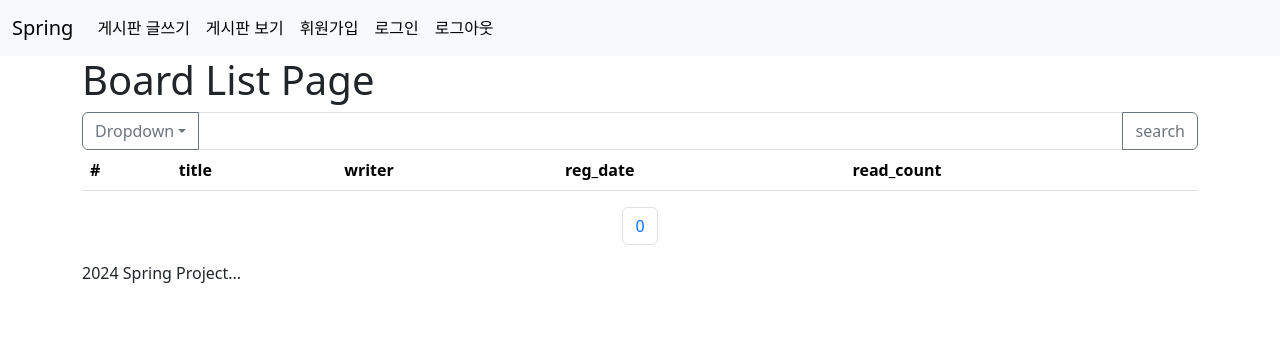
Repository: dlfhrrl12/springtest
Page: http://localhost/spring_study/WEB-INF/views/board/list.jsp
An editor plug-in stored every save of this project. The page is shown before and after the next save, followed by the edit.
The browser window is 1280 px wide. The pictures show the whole page.
The page is served by Tomcat 9. Nobody is signed in. The template is opened directly, without the code that normally fills it, so the values that code supplies are empty.

Above is the page before, as saved 2024-04-25 02:09:24.

After the next save:
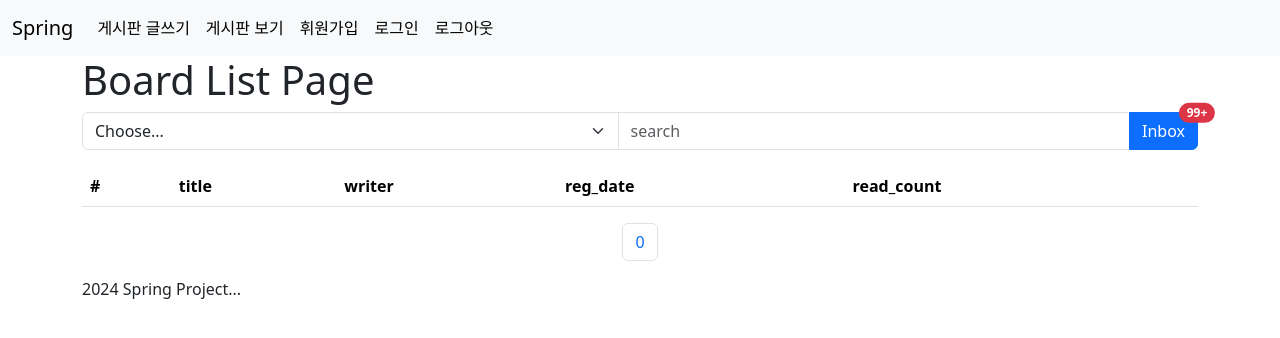
Saved 4 min 35 s later.
--- a/spring_study/src/main/webapp/WEB-INF/views/board/list.jsp
+++ b/spring_study/src/main/webapp/WEB-INF/views/board/list.jsp
@@ -6,21 +6,25 @@
 
 <div class="container-md">
 	<h1>Board List Page</h1>
-	<form action="">
-		<div class="input-group">
-  <button class="btn btn-outline-secondary dropdown-toggle" type="button" data-bs-toggle="dropdown" aria-expanded="false">Dropdown</button>
-  <ul class="dropdown-menu">
-    <li><a class="dropdown-item" href="#">Action before</a></li>
-    <li><a class="dropdown-item" href="#">Another action before</a></li>
-    <li><a class="dropdown-item" href="#">Something else here</a></li>
-    <li><hr class="dropdown-divider"></li>
-    <li><a class="dropdown-item" href="#">Separated link</a></li>
-  </ul>
-  <input type="text" class="form-control" aria-label="Text input with 2 dropdown buttons">
-  <button class="btn btn-outline-secondary" type="button" >search</button>
+	<form action="" class="row g-3">
+      <div class="input-group mb-3">
+        <select class="form-select" id="autoSizingSelect">
+          <option selected>Choose...</option>
+          <option value="1">title</option>
+          <option value="2">writer</option>
+          <option value="3">content</option>
+        </select>
 
-</div>
-	</form>
+        <input type="text" class="form-control" placeholder="search" aria-label="Recipient's username" aria-describedby="button-addon2" />
+        <button type="button" class="btn btn-primary position-relative">
+          Inbox
+          <span class="position-absolute top-0 start-100 translate-middle badge rounded-pill bg-danger">
+            99+
+            <span class="visually-hidden">unread messages</span>
+          </span>
+        </button>
+      </div>
+    </form>
 
 	<table class="table table-striped">
 		<thead>
